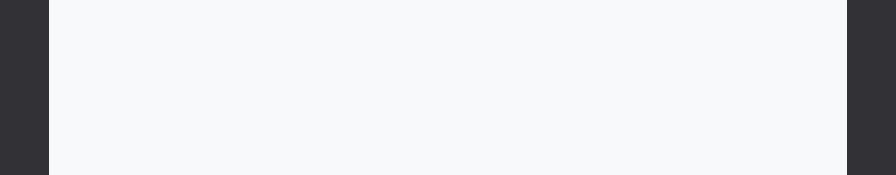
Repository: SkyTeam-Dev/Site-Uniqe
Page: http://localhost/
The author's editor kept a copy of each file at every save. The page is drawn from the files as they stood at one save, then again after the next save.
The browser window is 1280 px wide. The pictures show the part of the page from y = 2942 to 4862 px (the page is 3192 px tall before and 5192 px after), at 70% of full size.
The page is run by PHP 8.4 with error messages shown; the project is at /var/www/html/.

Above is the page before, as saved 2025-07-03 09:42:19.

### index.php
<!DOCTYPE html>
<html lang="pt-br">

<head>
    <title>:: Uniqe by Skyteam ::</title>
    <!-- Define uma descrição otimizada para mecanismos de busca (Maximo 160 caracteres mas o recomendado é 50 caracteres) -->
    <meta name="description"
        content="CADASTRO SIMPLES, DESCONTOS E CASHBACK A viagem do seu cliente com as melhores condições Conectamos o agente a descontos imbatíveis Ofereça seus serviços a preços mais atrativos com a Uniqe By Skyteam, uma plataforma para reservas de aéreo, hotelaria, seguro-viagem e locação nacional com descontos e cashback, projetada para qualquer agente de viagem" />
    <!-- Define palavras-chave (não tem mais impacto no Google, mas pode ajudar em outros mecanismos) -->
    <meta name="keywords" content="palavra-chave1, palavra-chave2, palavra-chave3">
    <meta charset="utf-8">
    <meta http-equiv="X-UA-Compatible" content="IE=edge">
    <link rel="canonical" href="https://uniqe.tur.br/" />
    <link rel='shortlink' href='https://uniqe.tur.br/' />

    <!-- Define a indexação pelos mecanismos de busca -->
    <meta name="robots" content="index, follow"> <!-- Para indexar e seguir links -->
    <meta name="googlebot" content="index, follow"> <!-- Específico para o Google -->
    <meta name="bingbot" content="index, follow"> <!-- Específico para o Bing -->

    <!-- GOOGLE JSON-LD para SEO -->
    <script type="application/ld+json">
        {
          "@context": "https://schema.org",
          "@type": "WebSite",
          "name": "Uniqe by Skyteam",
          "url": "https://uniqe.tur.br",
          "description": "Consolidadora PREMIUM para grandes negócios do turismo. Atendimento completo, personalizado e com foco em performance e relacionamento, venha ser Uniqe",
          "image": "https://uniqe.tur.br/Templates/Default/Imagens/OG_Uniqe_Base.jpg",
          "author": {
            "@type": "Person",
            "name": "Uniqe"
          },
          "publisher": {
            "@type": "Organization",
            "name": "Uniqe by Skyteam",
            "logo": {
              "@type": "ImageObject",
              "url": "https://uniqe.tur.br/Templates/Default/Imagens/OG_Uniqe_Base.jpg"
            }
          }
        }
        </script>
    <!-- GOOGLE JSON-LD para SEO -->

    <!-- Define o autor do conteúdo -->
    <meta name="author" content="Uniqe by Skyteam">

    <!-- Controla como o Google exibe o snippet do site -->
    <meta name="google" content="nosnippet"> <!-- Impede snippets na SERP -->
    <meta name="google" content="max-snippet:-1, max-image-preview:large, max-video-preview:-1">
    <!-- Personaliza como o conteúdo é mostrado -->

    <!-- Diz ao Google para não traduzir a página automaticamente -->
    <meta name="google" content="notranslate">

    <!-- Define a geolocalização para buscas locais -->
    <meta name="DC.title" content="Uniqe By SkyTeam" />
    <meta name="geo.region" content="BR-RS" />
    <meta name="geo.placename" content="Porto Alegre" />
    <meta name="geo.position" content="-30.030205;-51.229975" />
    <meta name="ICBM" content="-30.030205, -51.229975" />
    <!-- Criador do conteúdo -->
    <meta name="DC.creator" content="Uniqe By SkyTeam">
    <!-- Assunto ou tema do conteúdo -->
    <meta name="DC.subject" content="Consolidadora PREMIUM para grandes negócios do turismo. Atendimento completo, personalizado e com foco em performance e relacionamento, venha ser Uniqe">
<!-- Descrição do conteúdo -->
<meta name=" DC.description"
        content="Consolidadora PREMIUM para grandes negócios do turismo. Atendimento completo, personalizado e com foco em performance e relacionamento, venha ser Uniqe">

    <!-- Editora ou organização responsável -->
    <meta name="publisher" content="Uniqe By SkyTeam">
    <!-- Identificador único (ex: URL, DOI) -->
    <meta name="identifier" content="https://uniqe.tur.br">
    <!-- Idioma do conteúdo -->
    <meta name="language" content="pt-BR">

    <!-- Direitos autorais e licenciamento -->
    <meta name="rights" content="© 2025 Uniqe By SkyTeam. Todos os direitos reservados.">


    <!-- Definição do protocolo Open Graph BASE -->
    <meta property="og:type" content="website">
    <!-- URL canônica da página -->
    <meta property="og:url" content="https://uniqe.tur.br/">
    <!-- Título que aparecerá no compartilhamento -->
    <meta property="og:title" content="Uniqe by Skyteam">
    <!-- Descrição curta e chamativa -->
    <meta property="og:description"
        content="Consolidadora PREMIUM para grandes negócios do turismo. Atendimento completo, personalizado e com foco em performance e relacionamento, venha ser Uniqe">
    <!-- Imagem para exibição no compartilhamento -->
    <meta property="og:image" content="https://uniqe.tur.br/Templates/Default/Imagens/OG_Uniqe_Base.jpg">
    <!-- 1200x630 pixels é o tamanho recomendado pelo Facebook e outras redes sociais -->
    <meta property="og:image:alt" content="Uniqe by Skyteam - Consolidadora PREMIUM para grandes negócios do turismo. Atendimento completo, personalizado e com foco em performance e relacionamento, venha ser Uniqe">
    <!-- Especificações adicionais para a imagem -->
    <meta property="og:image:width" content="1200">
    <meta property="og:image:height" content="630">
    <!-- Nome do site (opcional, mas recomendado) -->
    <meta property="og:site_name" content="Uniqe by Skyteam">
    <!-- Idioma da página -->
    <meta property="og:locale" content="pt_BR">
    <!-- Definição do protocolo Open Graph BASE -->

    <!-- Twitter Card -->
    <meta name="twitter:card" content="summary_large_image">
    <meta name="twitter:title" content="Uniqe by Skyteam">
    <meta name="twitter:description"
        content="Consolidadora PREMIUM para grandes negócios do turismo. Atendimento completo, personalizado e com foco em performance e relacionamento, venha ser Uniqe">
    <meta name="twitter:image" content="https://uniqe.tur.br/Templates/Default/Imagens/OG_Uniqe_Base.jpg">
    <!-- Twitter Card -->



    <meta name="viewport" content="width=device-width, initial-scale=1, shrink-to-fit=no">

    <link rel='preconnect' href='//fonts.googleapis.com' />
    <link rel="preconnect" href="//fonts.gstatic.com" crossorigin>
    <link rel='preconnect' href='//jsdelivr.net' />
    <link rel='preconnect' href='//cdn.jsdelivr.net' />
    <link rel='preconnect' href='//code.jquery.com' />



    <!-- CSS -->
    <link rel="stylesheet"
        href="https://cdn.jsdelivr.net/npm/@fortawesome/fontawesome-free@6.7.2/css/fontawesome.min.css">
    <link href="https://fonts.googleapis.com/css2?family=DM+Sans:ital,opsz,wght@0,9..40,100..1000;1,9..40,100..1000&family=Inter:ital,opsz,wght@0,14..32,100..900;1,14..32,100..900&display=swap" rel="stylesheet">

    <link rel="stylesheet" href="Templates/Default/Bootstrap/bootstrap.css">
    <link rel="stylesheet" href="Templates/Default/CSS/Site.css">

    <link rel="stylesheet" href="https://cdn.jsdelivr.net/npm/slick-carousel@1.8.1/slick/slick.css" />
    <link rel="stylesheet" href="https://cdn.jsdelivr.net/npm/slick-carousel@1.8.1/slick/slick-theme.css" />


    <!-- CSS -->

    <!-- Favicon -->


    <!-- Favicon e Theme Color-->
    <link rel="icon" type="image/png" href="Templates/Default/Imagens/Favicons/favicon-96x96.png" sizes="96x96" />
    <link rel="icon" type="image/svg+xml" href="Templates/Default/Imagens/Favicons/favicon.svg" />
    <link rel="shortcut icon" href="Templates/Default/Imagens/Favicons/favicon.ico" />
    <link rel="icon" href="Templates/Default/Imagens/Favicons/favicon.ico" type="image/x-icon">
    <link rel="apple-touch-icon" sizes="180x180" href="Templates/Default/Imagens/Favicons/apple-touch-icon.png" />
    <link rel="manifest" href="Templates/Default/Imagens/Favicons/site.webmanifest" />
    <link rel="apple-touch-icon" href="Templates/Default/Imagens/Favicons/favicon-96x96.png">
    <meta name="msapplication-TileImage" content="Templates/Default/Imagens/Favicons/favicon-96x96.png">
    <meta name="theme-color" content="#313136">
    <meta name="apple-mobile-web-app-capable" content="yes">
    <meta name="apple-mobile-web-app-status-bar-style" content="black-translucent">
    <meta name="msapplication-TileColor" content="#313136">
    <!-- Favicon -->


    <!-- Rastreamento e Comunicação -->

    <!-- Rastreamento e Comunicação -->



    <script src="https://www.google.com/recaptcha/api.js"></script>


</head>
<body>


<!-- Cabeçalho -->
<header id="mainHeader" class="menu-transparent mt-0">
  <div class="container-fluid d-flex justify-content-between align-items-center p-3">
    <div>
      <img src="logo.png" alt="Logo UNIQE" height="40"> <!-- Troque pelo seu logo -->
    </div>
    <div>
      <a href="#" class="btn btn-outline-light me-2">Seja Cliente</a>
      <a href="#" class="btn btn-light">Portal Uniqe</a>
    </div>
  </div>
</header>

<!-- Conteúdo fictício -->
<main class="bg-primary">
  <section class="container py-5">
    <h1>Conteúdo da Página</h1>
    <p>Role para testar o efeito do menu...</p>
    <div style="height: 1500px;"></div>
  </section>

<div class="container bg-light" style="height: 1500px;">

</div>

</main>







<script src="https://cdn.jsdelivr.net/npm/bootstrap@5.3.3/dist/js/bootstrap.bundle.min.js"></script>
<script>
  const header = document.getElementById('mainHeader');
  let lastScroll = 0;

  window.addEventListener('scroll', () => {
    const currentScroll = window.scrollY;

    if (currentScroll <= 0) {
      header.classList.add('menu-transparent');
      header.classList.remove('menu-colored');
      return;
    }

    if (currentScroll > lastScroll) {
      // Rolando para baixo
      header.classList.add('menu-colored');
      header.classList.remove('menu-transparent');
    } else {
      // Rolando para cima
      if (currentScroll <= 100) {
        header.classList.add('menu-transparent');
        header.classList.remove('menu-colored');
      }
    }

    lastScroll = currentScroll;
  });
</script>

</body>

</html>

### Templates/Default/CSS/Site.css
header {
      position: fixed;
      width: 100%;
      z-index: 999;
      transition: background-color 0.3s ease, box-shadow 0.3s ease;
    }

    .menu-transparent {
      background-color: transparent !important;
      box-shadow: none !important;
    }

    .menu-colored {
      background-color: var(--bs-primary) !important;
      box-shadow: 0 2px 5px rgba(0,0,0,0.1);
    }

Loaded but not shown: Templates/Default/Bootstrap/bootstrap.css (library)

After the next save:
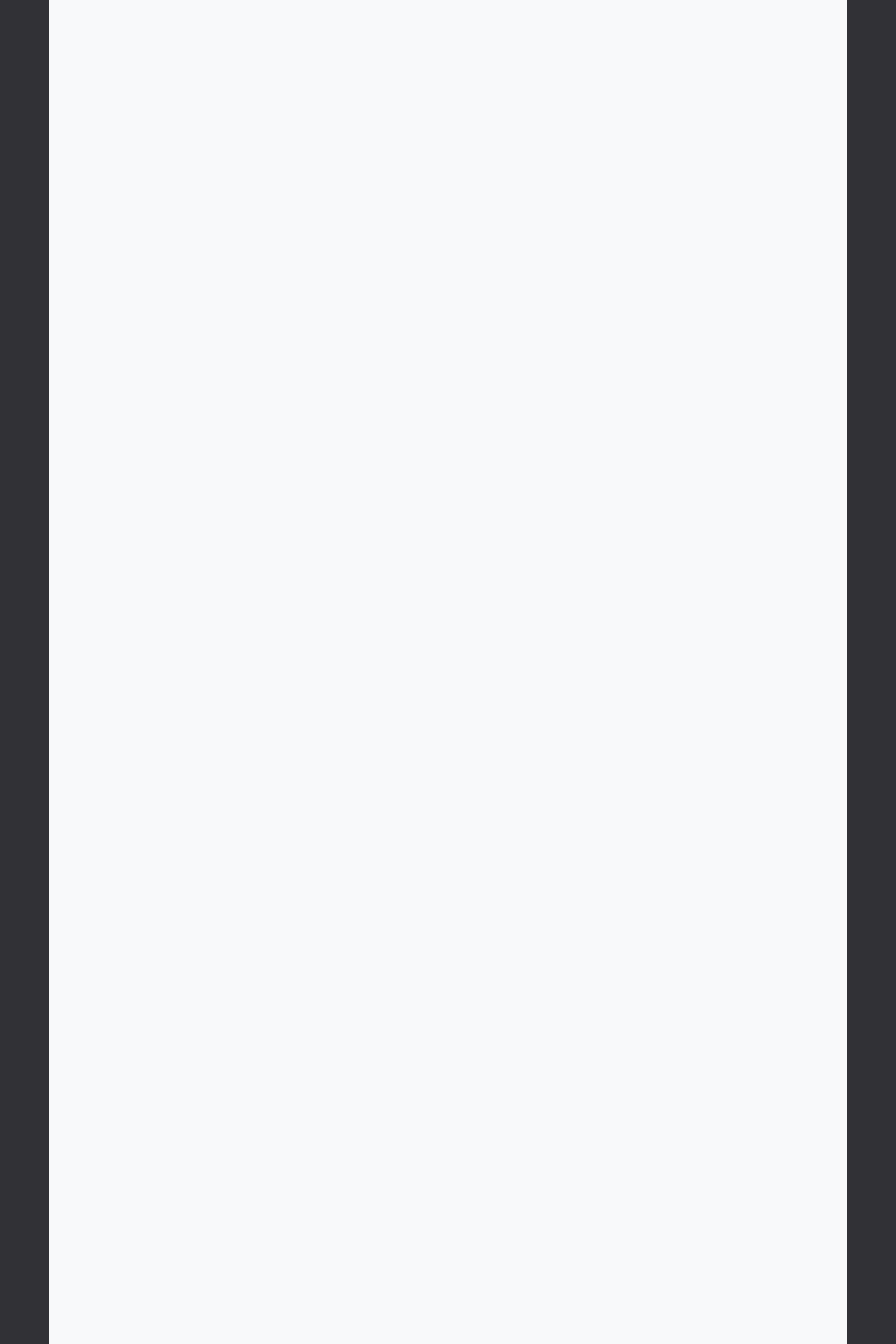
Saved 13 s later.
--- a/index.php
+++ b/index.php
@@ -188,7 +188,7 @@
     <div style="height: 1500px;"></div>
   </section>
 
-<div class="container bg-light" style="height: 1500px;">
+<div class="container bg-light" style="height: 3500px;">
 
 </div>
 
